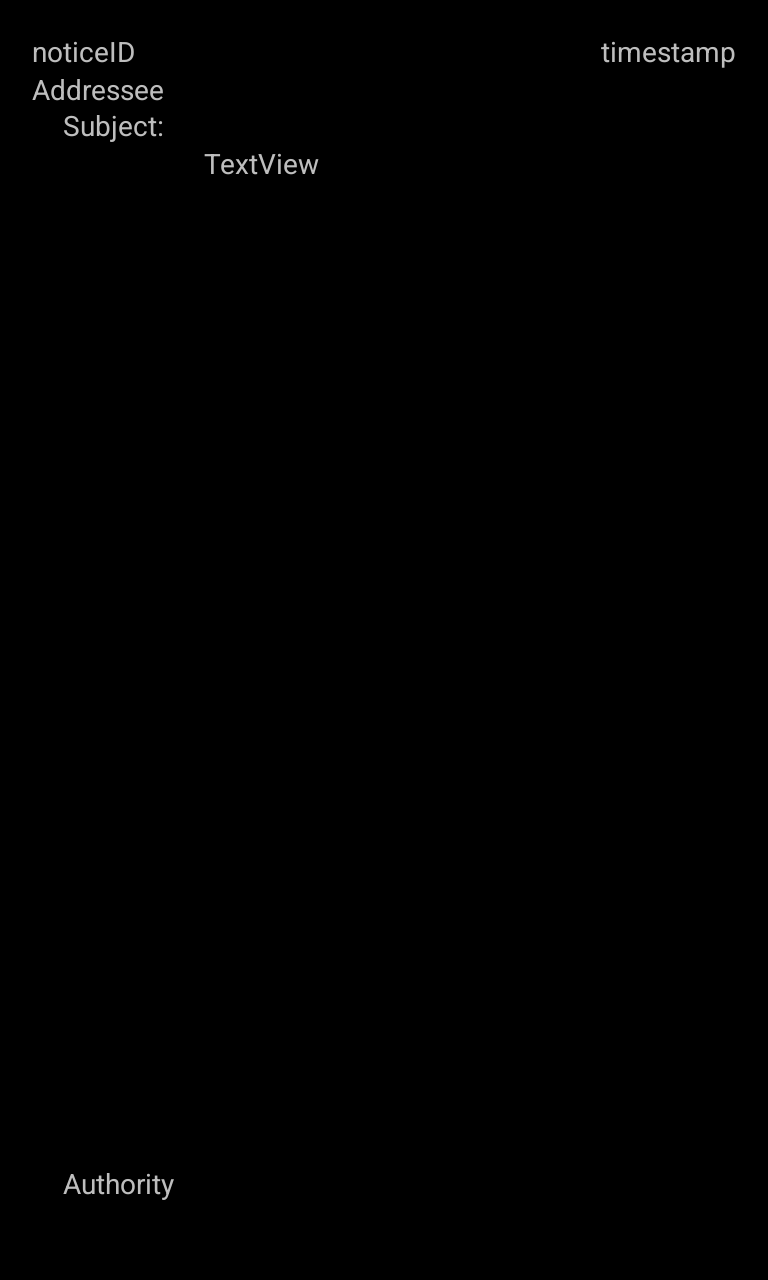
Repository: lcbasu/android
Layout: adt/M Notice/res/layout/detailed_view.xml
These files come from the project's save history. The layout is drawn as it stood at one moment and after the next save; the edit follows.
It is drawn on a 768 x 1280 px phone screen (xhdpi) without system bars, with theme android:Theme; the app's code is not run.

Above is the layout before, as saved 2014-05-02 08:44:14.

### adt/M Notice/res/layout/detailed_view.xml
<RelativeLayout xmlns:android="http://schemas.android.com/apk/res/android"
    xmlns:tools="http://schemas.android.com/tools"
    android:layout_width="match_parent"
    android:layout_height="fill_parent"
    android:paddingBottom="@dimen/activity_vertical_margin"
    android:paddingLeft="@dimen/activity_horizontal_margin"
    android:paddingRight="@dimen/activity_horizontal_margin"
    android:paddingTop="@dimen/activity_vertical_margin"
    tools:context=".MainActivity" >

    <TextView
        android:id="@+id/noticeID"
        android:layout_width="wrap_content"
        android:layout_height="wrap_content"
        android:layout_alignParentLeft="true"
        android:layout_alignParentTop="true"
        android:text="noticeID" />

    <TextView
        android:id="@+id/timestamp"
        android:layout_width="wrap_content"
        android:layout_height="wrap_content"
        android:layout_alignBaseline="@+id/noticeID"
        android:layout_alignBottom="@+id/noticeID"
        android:layout_alignParentRight="true"
        android:text="timestamp" />


            <TextView
            android:id="@+id/addressee"
            android:layout_width="wrap_content"
            android:layout_height="wrap_content"
            android:layout_below="@+id/timestamp"

            android:text="Addressee" />

    <TextView
        android:id="@+id/subject"
        android:layout_width="wrap_content"
        android:layout_height="wrap_content"
        android:layout_alignRight="@+id/addressee"
        android:layout_below="@+id/noticeID"
        android:layout_marginTop="18dp"
        android:text="Subject:" />

        <TextView
        android:id="@+id/text"
        android:layout_width="fill_parent"
        android:layout_height="fill_parent"
        android:layout_below="@+id/subject"
        android:layout_centerInParent="true"
        android:layout_marginBottom="60dp"
        android:gravity="center_vertical" />

        <TextView
            android:id="@+id/issuingAuthority"
            android:layout_width="wrap_content"
            android:layout_height="wrap_content"
            android:layout_alignLeft="@+id/subject"
            android:layout_alignParentBottom="true"
            android:layout_marginBottom="23dp"
            android:text="Authority" />

        <TextView
            android:id="@+id/textView1"
            android:layout_width="wrap_content"
            android:layout_height="wrap_content"
            android:layout_below="@+id/subject"
            android:layout_marginLeft="15dp"
            android:layout_toRightOf="@+id/issuingAuthority"
            android:text="TextView" />

</RelativeLayout>

Loaded but not shown: adt/M Notice/res/values/dimens.xml (common file)

After the next save:
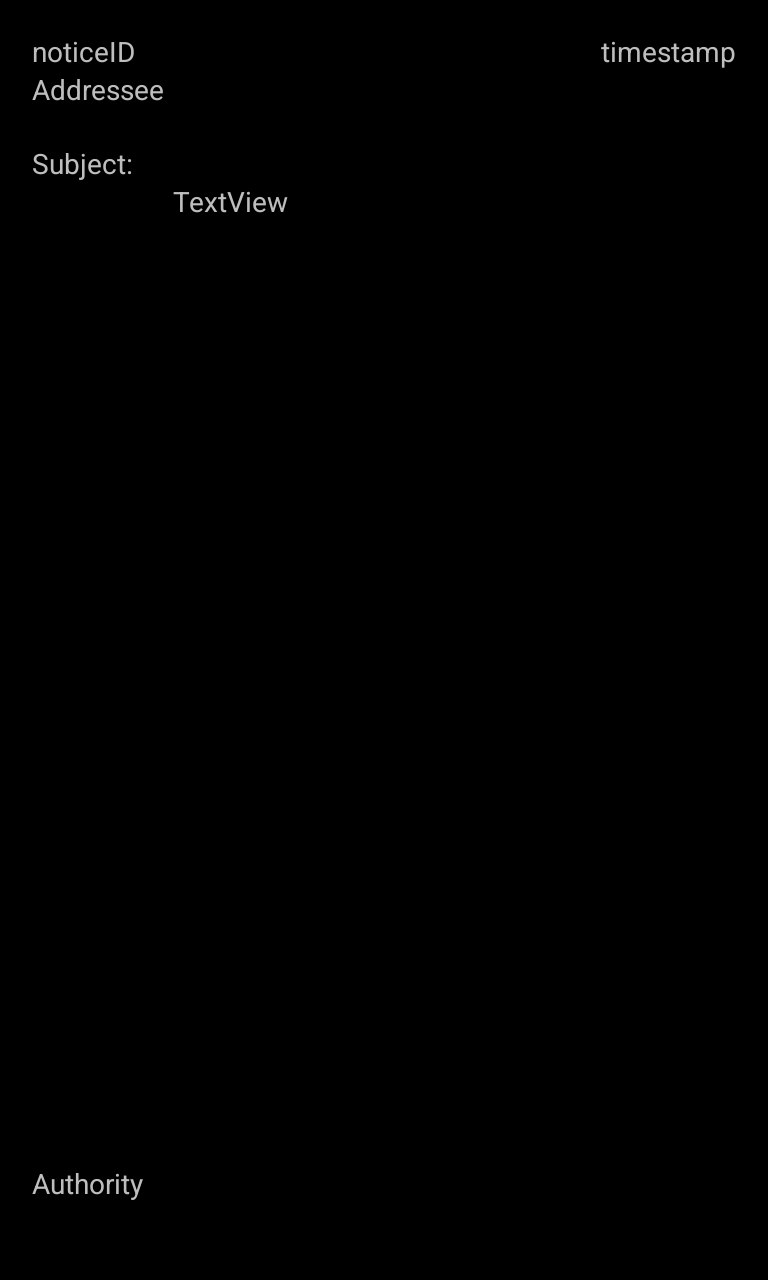
Saved 33 s later.
--- a/adt/M Notice/res/layout/detailed_view.xml
+++ b/adt/M Notice/res/layout/detailed_view.xml
@@ -38,8 +38,8 @@
         android:id="@+id/subject"
         android:layout_width="wrap_content"
         android:layout_height="wrap_content"
-        android:layout_alignRight="@+id/addressee"
-        android:layout_below="@+id/noticeID"
+
+        android:layout_below="@+id/addressee"
         android:layout_marginTop="18dp"
         android:text="Subject:" />
 
